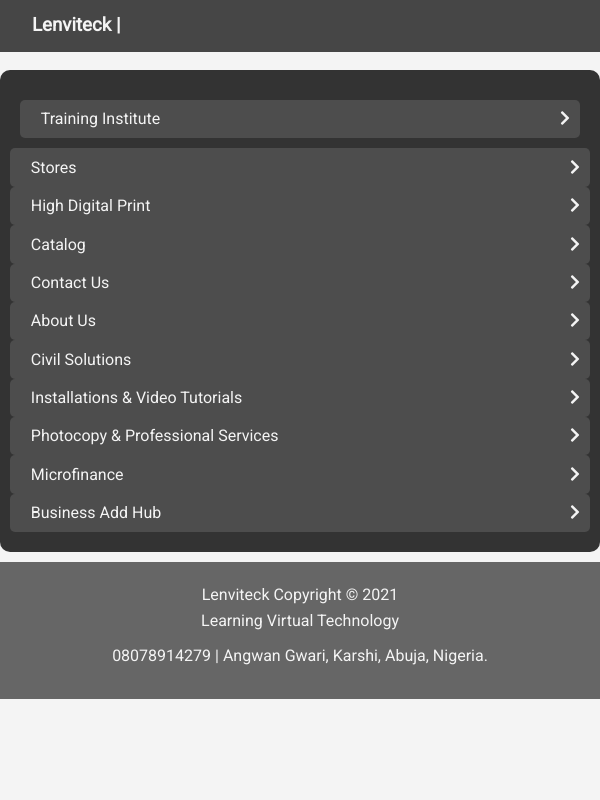
Repository: mxhdiqaim/lenviteck
Page: dist/index.html
The author's editor kept a copy of each file at every save. The page is drawn from the files as they stood at one save, then again after a run of saves.
The browser window is 600 px wide. The pictures show the whole page.
Some web libraries are served in a nearby version. The style sheet was rebuilt from its Sass, Less or Tailwind sources for each picture, by a compiler version that may differ from the author's.

Above is the page before, as saved 2021-04-15 16:52:34.

After the next 3 saves:
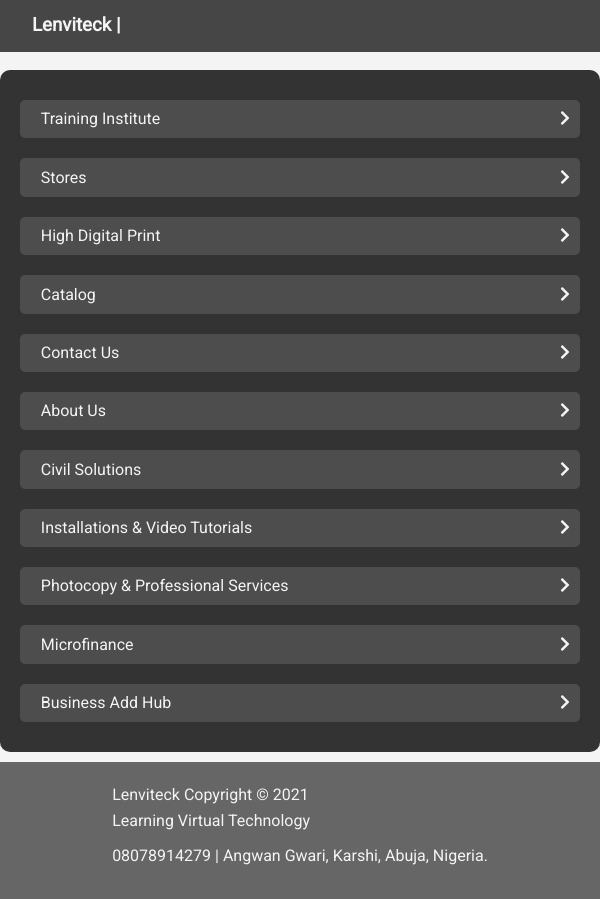
The 3 saves are shown as one change because 2 did not build or start.
The last was saved 35 s later.
--- a/dist/styles/main.scss
+++ b/dist/styles/main.scss
@@ -68,7 +68,7 @@ img {
   // height: calc(100vh - 100px);
   margin-top: 70px;
 
-  .works-list:first-child {
+  .works-list {
     padding: 10px;
     width: 100%;
     transition: all .3s ease;
@@ -263,7 +263,6 @@ footer {
     max-width: 1100px;
     // margin-left: 100px;
     margin: auto;
-    text-align: center;
     overflow: hidden;
     padding: 0 2rem;
   }
